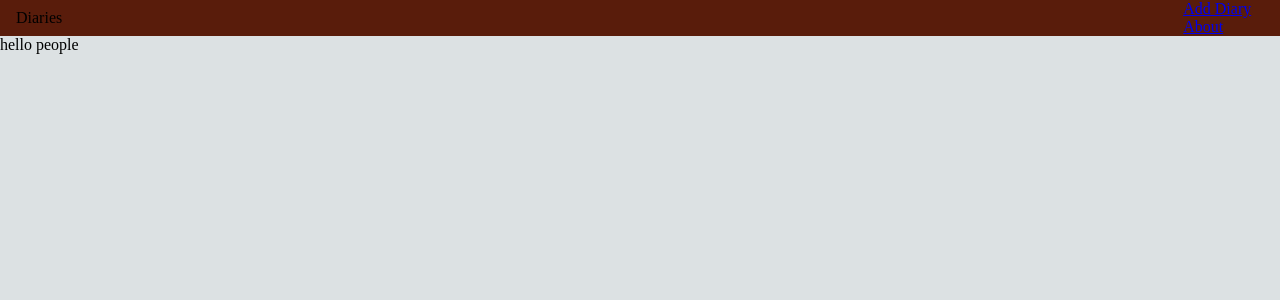
Repository: Tun-Dev/mydiary
Page: /
These files come from the project's save history. The page is drawn as it stood at one moment and after the next save; the edit follows.
The browser window is 1280 px wide. The pictures show the whole page.
The project was rebuilt for these pictures with package versions that can differ from the ones it lists, and the page was loaded fresh each time.

Above is the page before, as saved 2021-05-10 12:13:20.

After the next save:
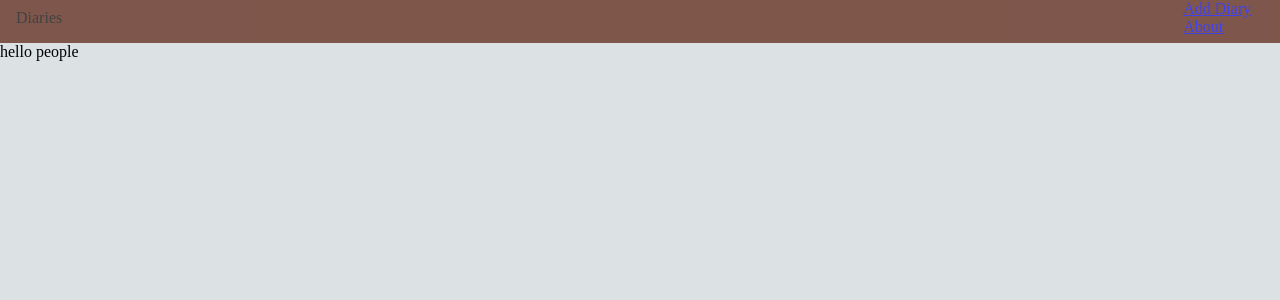
Saved 50 s later.
--- a/src/Layout/Nav.js
+++ b/src/Layout/Nav.js
@@ -19,6 +19,8 @@ const Nav = () => {
 }
 const NavBar = styled.div`
      background-color: #591c0b;
+     height: 6vh;
+     opacity: 0.7;
   nav {
     display: flex;
     justify-content: space-between;
